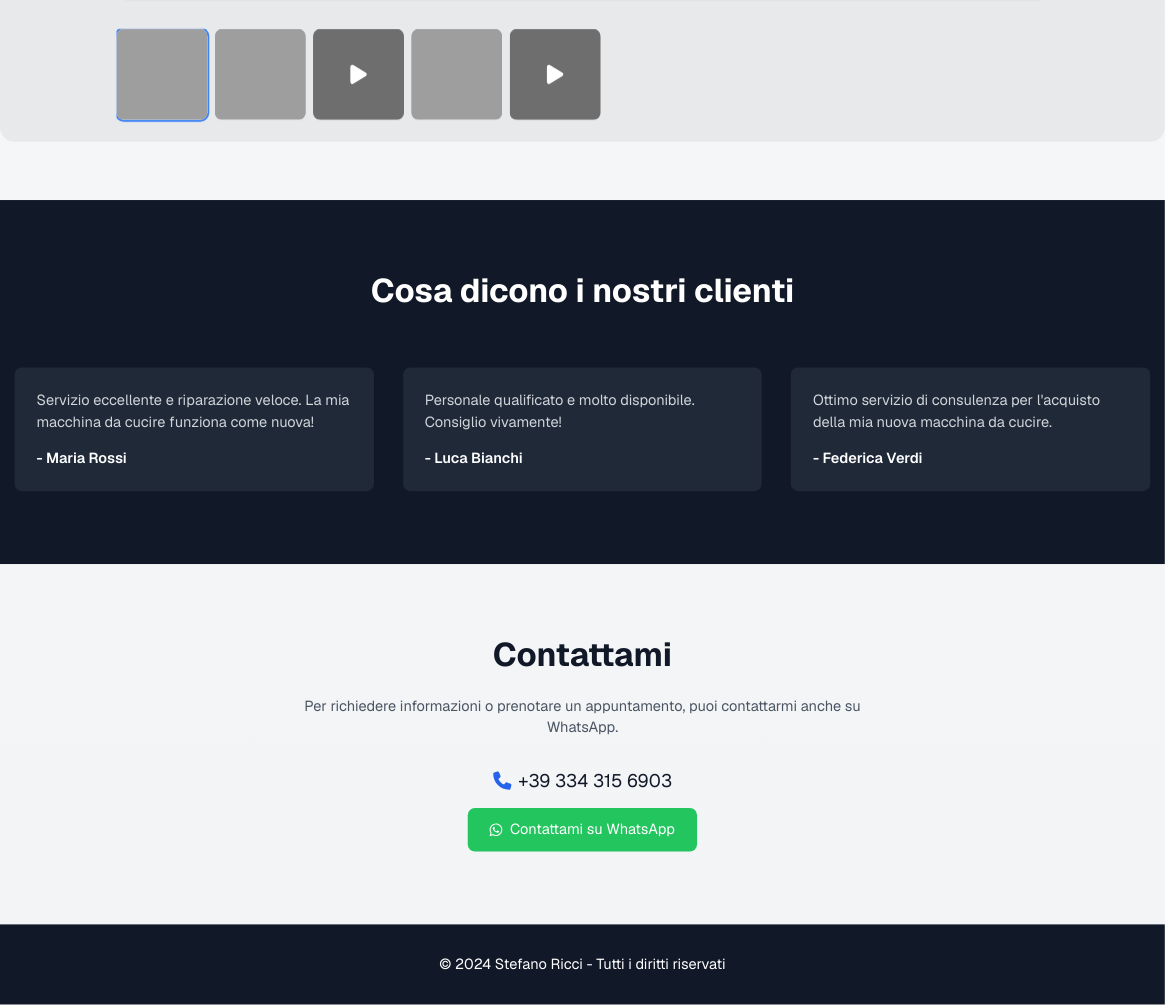
Repository: duttore/do
Page: /
These files come from the project's save history. The page is drawn as it stood at one moment and after the next save; the edit follows.
The browser window is 1280 px wide. The pictures show the part of the page from y = 1924 to 3028 px (the page is 3028 px tall), at 91% of full size.
Pictures or frames that could not be fetched are drawn as grey boxes. The project was rebuilt for these pictures with package versions that can differ from the ones it lists, and the page was loaded fresh each time. Some packages were replaced by stand-ins written for this rebuild. The framework's server and built-in components were replaced by stand-ins that run in the browser. Also part of the build but not shown: next.config.js.

Above is the page before, as saved 2024-10-28 02:03:33.

After the next save:
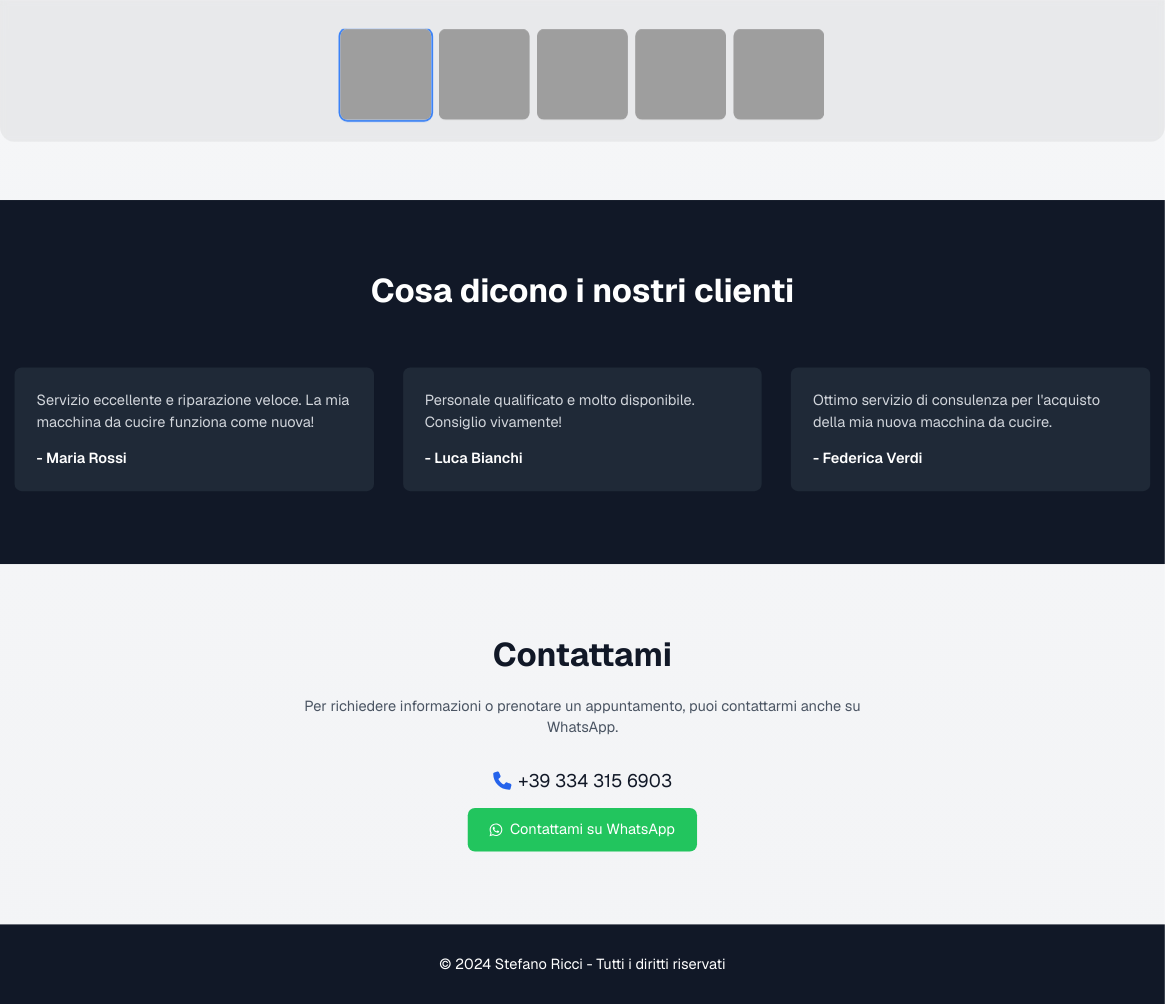
Saved 3 min 35 s later.
--- a/src/app/page.tsx
+++ b/src/app/page.tsx
@@ -44,7 +44,6 @@ const mediaItems = [
 
 const MediaCarousel = () => {
   const [currentIndex, setCurrentIndex] = useState(0);
-  const [isPlaying, setIsPlaying] = useState(true);
   const videoRef = useRef<HTMLVideoElement | null>(null);
 
   const handleNext = () => {
@@ -57,25 +56,6 @@ const MediaCarousel = () => {
 
   const handleThumbnailClick = (index: number) => {
     setCurrentIndex(index);
-  };
-
-  const togglePlay = async () => {
-    const currentItem = mediaItems[currentIndex];
-    if (currentItem?.type === 'video' && videoRef.current) {
-      try {
-        if (isPlaying) {
-          videoRef.current.pause();
-        } else {
-          await videoRef.current.play();
-        }
-        setIsPlaying(!isPlaying);
-      } catch (error) {
-        console.error('Error playing video:', error);
-        if (!isPlaying) {
-          setIsPlaying(false);
-        }
-      }
-    }
   };
 
   const currentItem = mediaItems[currentIndex];
@@ -131,23 +111,14 @@ const MediaCarousel = () => {
         >
           <FontAwesomeIcon icon={faChevronRight} className="h-6 w-6" />
         </button>
-
-        {currentItem?.type === 'video' && (
-          <button
-            onClick={() => void togglePlay()}
-            className="absolute bottom-4 right-4 bg-black/30 hover:bg-black/40 backdrop-blur-md p-2 rounded-full text-white transition-all"
-          >
-            <FontAwesomeIcon icon={isPlaying ? faPause : faPlay} className="h-6 w-6" />
-          </button>
-        )}
       </div>
 
-      <div className="mt-2 sm:mt-4 flex gap-2 overflow-x-auto pb-2 snap-x">
+      <div className="mt-2 sm:mt-4 flex gap-2 overflow-x-auto pb-2 snap-x justify-center">
         {mediaItems.map((item, index) => (
           <button
             key={index}
             onClick={() => handleThumbnailClick(index)}
-            className={`relative flex-shrink-0 rounded-lg overflow-hidden snap-start ${
+            className={`relative flex-shrink-0 rounded-lg overflow-hidden snap-center ${
               currentIndex === index ? 'ring-2 ring-blue-500' : ''
             }`}
             style={{
@@ -162,11 +133,6 @@ const MediaCarousel = () => {
               width={100}
               height={100}
             />
-            {item.type === 'video' && (
-              <div className="absolute inset-0 flex items-center justify-center bg-black/30">
-                <FontAwesomeIcon icon={faPlay} className="h-4 w-4 sm:h-6 sm:w-6 text-white" />
-              </div>
-            )}
           </button>
         ))}
       </div>
